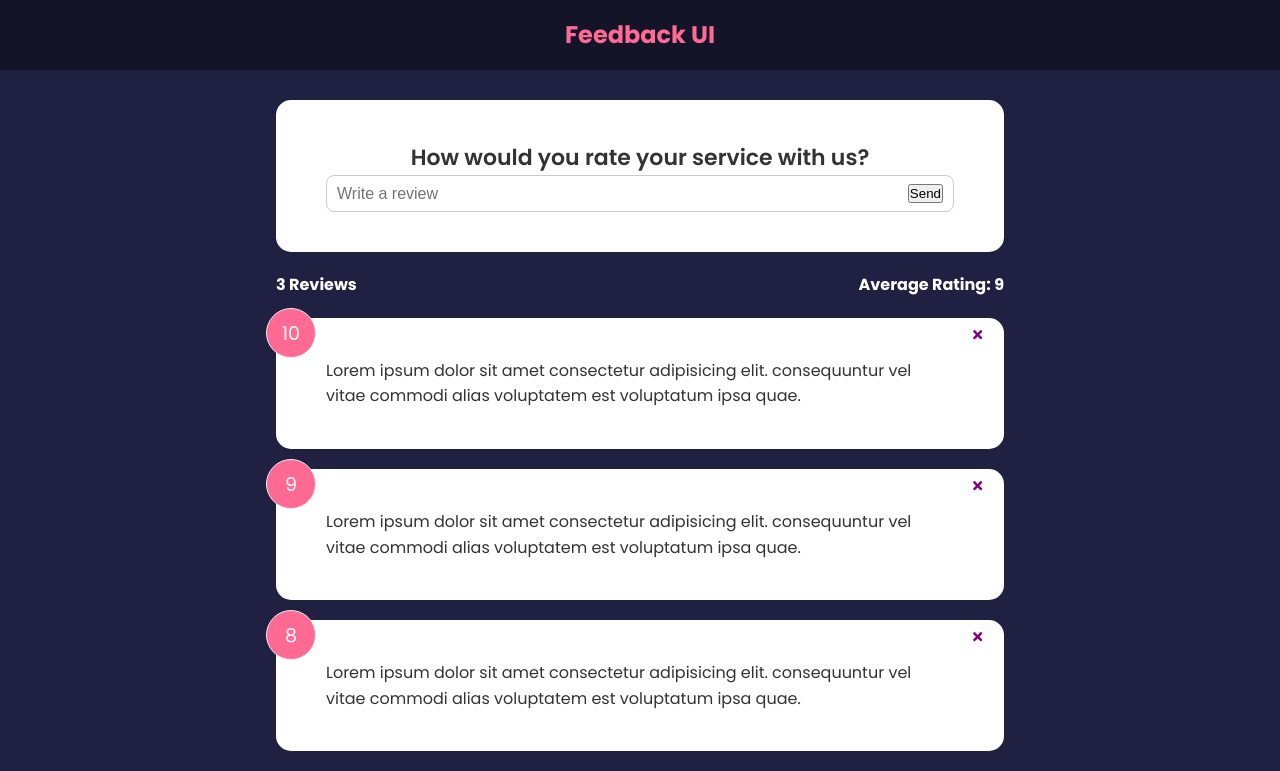
Repository: Lithium87/feedback-app
Page: / (app in client/)
These files come from the project's save history. The page is drawn as it stood at one moment and after the next save; the edit follows.
The browser window is 1280 px wide. The pictures show the whole page.
The project was rebuilt for these pictures with package versions that can differ from the ones it lists, and the page was loaded fresh each time.

Above is the page before, as saved 2022-05-29 21:33:00.

### client/src/index.css
@import url('https://fonts.googleapis.com/css2?family=Poppins:wght@400;600;700&display=swap');
* {
    box-sizing: border-box;
    margin: 0;
    padding: 0;
}

body {
    font-family: 'Poppins', sans-serif;
    background-color: #202142;
    color: #fff;
    line-height: 1.6;
}

ul {
    list-style: none;
}

.container {
    max-width: 768px;
    margin: auto;
    padding: 0 20px;
}

header {
    height: 70px;
    width: 100%;
    display: flex;
    justify-content: space-between;
    align-items: center;
    margin-bottom: 30px;
}

.card {
    background-color: #fff;
    color: #333;
    border-radius: 15px;
    padding: 40px 50px;
    margin: 20px 0;
    position: relative;
}

.card.reverse {
    background-color: rgba(0, 0, 0, 0.4);
    color: #fff;
}

.card h2 {
    font-size: 22px;
    font-weight: 600;
    text-align: center;
}

.rating {
    display: flex;
    align-items: center;
    justify-content: space-around;
    margin: 30px 0 40px;
}

.rating li,
.num-display {
    position: relative;
    background: #f4f4f4;
    width: 50px;
    height: 50px;
    padding: 10px;
    text-align: center;
    border-radius: 50%;
    font-size: 19px;
    border: 1px #eee solid;
    transition: 0.3s;
}

.rating li label {
    position: absolute;
    top: 50%;
    left: 50%;
    width: 50px;
    height: 50px;
    padding: 10px;
    border-radius: 50%;
    transform: translate(-50%, -50%);
    cursor: pointer;
}

.rating li:hover,
.num-display {
    background: #ff6a95;
    color: #fff;
}

[type='radio'] {
    opacity: 0;
}

[type='radio']:checked~label {
    background: #ff6a95;
    color: #fff;
}

.input-group {
    display: flex;
    flex-direction: row;
    border: 1px solid #ccc;
    padding: 8px 10px;
    border-radius: 8px;
}

input {
    flex-grow: 2;
    border: none;
    font-size: 16px;
}

input:focus {
    outline: none;
}

.feedback-stats {
    color: #fff;
    display: flex;
    justify-content: space-between;
    align-items: center;
}

.num-display {
    position: absolute;
    top: -10px;
    left: -10px;
}

.close,
.edit {
    position: absolute;
    top: 10px;
    right: 20px;
    cursor: pointer;
    background: none;
    border: none;
}

.edit {
    right: 40px;
}

.btn {
    color: #fff;
    border: 0;
    border-radius: 8px;
    color: #fff;
    width: 100px;
    height: 40px;
    cursor: pointer;
}

.btn-primary {
    background-color: #202142;
}

.btn-secondary {
    background: #ff6a95;
}

.btn:hover {
    transform: scale(0.98);
    opacity: 0.9;
}

.btn:disabled {
    background-color: #cccccc;
    color: #333;
    cursor: auto;
}

.btn:disabled:hover {
    transform: scale(1);
    opacity: 1;
}

.message {
    padding-top: 10px;
    text-align: center;
    color: rebeccapurple;
}


/* FIX: Remove position: absolute to keep about icon at the bottom of the
 * document */

.about-link {
    display: flex;
    justify-content: flex-end;
}


/* FIX: Remove position: absolute to keep about icon at the bottom of the
 * document */

.about-link a {
    color: #fff;
    cursor: pointer;
}

.about-link a:hover {
    color: #ff6a95;
}

.about h1 {
    margin-bottom: 20px;
}

.about p {
    margin: 10px 0;
}

@media (max-width: 600px) {
    .rating li {
        margin: 10px 3px;
    }
    .rating {
        display: flex;
        align-items: center;
        justify-content: center;
        flex-wrap: wrap;
        margin: 30px 0 40px;
    }
    .input-group input {
        width: 80%;
    }
}

### client/src/App.js
import React, {useState} from 'react';
import Header from './components/Header';
import FeedbackList from './components/FeedbackList';
import FeedbackData from './data/FeedbackData';
import FeedbackStats from './components/FeedbackStats';
import FeedbackForm from './components/FeedbackForm';

const App = () => {
  const [feedback, setFeedback] = useState (FeedbackData);

  const deleteFeedback = id => {
    if (window.confirm ('Are you sure you want to delete?')) {
      setFeedback (feedback.filter (item => item.id !== id));
    }
  };

  return (
    <React.Fragment>
      <Header />
      <div className="container">
        <FeedbackForm />
        <FeedbackStats feedback={feedback} />
        <FeedbackList feedback={feedback} handleDelete={deleteFeedback} />
      </div>
    </React.Fragment>
  );
};

export default App;

### client/src/components/Header.js
import React from 'react';
import PropTypes from 'prop-types';

const Header = ({text, bgColor, textColor}) => {
  const headerStyles = {
    backgroundColor: bgColor,
    color: textColor,
  };

  return (
    <header style={headerStyles}>
      <div className="container">
        <h2>{text}</h2>
      </div>
    </header>
  );
};

Header.defaultProps = {
  text: 'Feedback UI',
  bgColor: 'rgba(0, 0, 0, 0.4)',
  textColor: '#ff6a95',
};

Header.propTypes = {
  text: PropTypes.string,
  bgColor: PropTypes.string,
  textColor: PropTypes.string,
};

export default Header;

### client/src/components/FeedbackList.js
import React from 'react';
import PropTypes from 'prop-types';
import FeedbackItem from './FeedbackItem';

const FeedbackList = ({feedback, handleDelete}) => {
  if (!feedback || feedback.length === 0) {
    return <p>No feedback Yet</p>;
  }

  return (
    <div className="feedback-list">
      {feedback.map (item => (
        <FeedbackItem key={item.id} item={item} handleDelete={handleDelete} />
      ))}
    </div>
  );
};

FeedbackList.propTypes = {
  feedback: PropTypes.arrayOf (
    PropTypes.shape ({
      id: PropTypes.number.isRequired,
      text: PropTypes.string.isRequired,
      rating: PropTypes.number.isRequired,
    })
  ),
};

export default FeedbackList;

### client/src/components/FeedbackStats.js
import React from 'react';
import PropTypes from 'prop-types';

const FeedbackStats = ({feedback}) => {
  // Calculate ratings avg
  let average =
    feedback.reduce ((acc, cur) => {
      return acc + cur.rating;
    }, 0) / feedback.length;

  average = average.toFixed (1).replace (/[.,]0$/, '');

  return (
    <div className="feedback-stats">
      <h4>{feedback.length} Reviews</h4>
      <h4>Average Rating: {isNaN (average) ? 0 : average}</h4>
    </div>
  );
};

FeedbackStats.propTypes = {
  feedback: PropTypes.array.isRequired,
};

export default FeedbackStats;

### client/src/components/FeedbackForm.js
import React, {useState} from 'react';
import Card from './shared/Card';

const FeedbackForm = () => {
  const [text, setText] = useState ('');

  const handleTextChange = e => {
    setText (e.target.value);
  };

  return (
    <Card>
      <form>
        <h2>How would you rate your service with us?</h2>
        <div className="input-group">
          <input
            onChange={handleTextChange}
            type="text"
            placeholder="Write a review"
            value={text}
          />
          <button type="submit">Send</button>
        </div>
      </form>
    </Card>
  );
};

export default FeedbackForm;

### client/src/components/FeedbackItem.js
import React from 'react';
import {FaTimes} from 'react-icons/fa';
import PropTypes from 'prop-types';
import Card from './shared/Card';

const FeedbackItem = ({item, handleDelete}) => {
  return (
    <Card>
      <div className="num-display">{item.rating}</div>
      <button onClick={() => handleDelete (item.id)} className="close">
        <FaTimes color="purple" />
      </button>
      <div className="text-display">
        {item.text}
      </div>
    </Card>
  );
};

FeedbackItem.propTypes = {
  item: PropTypes.object.isRequired,
};

export default FeedbackItem;

### client/src/components/shared/Card.js
import React from 'react';
import PropTypes from 'prop-types';

const Card = ({children, reverse}) => {
  return (
    <div className={`card ${reverse && 'reverse'}`}>
      {children}
    </div>
  );
};

Card.defaultProps = {
  reverse: false,
};

Card.propTypes = {
  children: PropTypes.node.isRequired,
  reverse: PropTypes.bool,
};

export default Card;

### client/src/components/shared/Button.js
import React from 'react';
import PropTypes from 'prop-types';

const Button = ({children, version, type, isDisabled}) => {
  return (
    <button type={type} disabled={isDisabled} className={`btn btn-${version}`}>
      {children}
    </button>
  );
};

Button.defaultProps = {
  version: 'primary',
  type: 'button',
  isDisabled: false,
};

Button.propTypes = {
  children: PropTypes.node.isRequired,
  version: PropTypes.string,
  type: PropTypes.string,
  isDisabled: PropTypes.bool,
};

export default Button;

Loaded but not shown: client/public/index.html (common file); client/src/index.js (common file); client/src/reportWebVitals.js (common file); client/src/data/FeedbackData.js (common file)

After the next save:
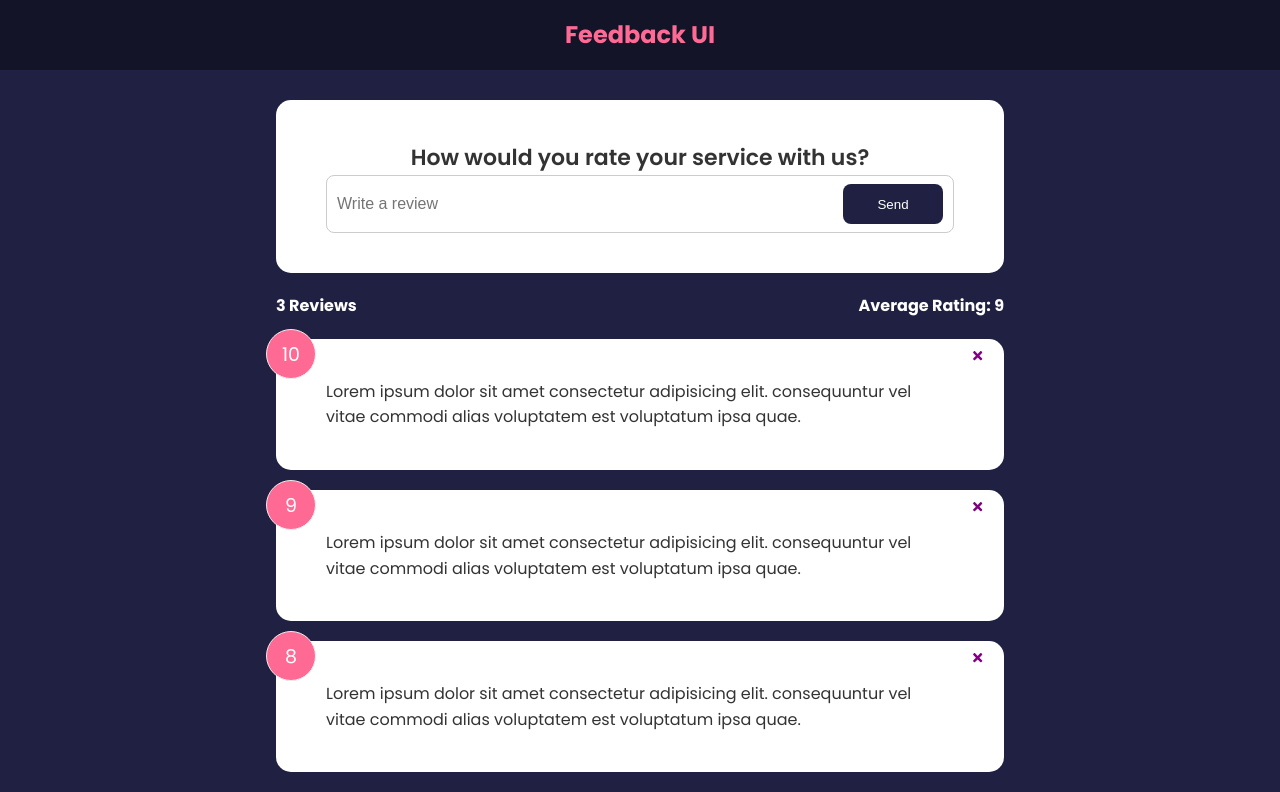
Saved 81 s later.
--- a/client/src/components/FeedbackForm.js
+++ b/client/src/components/FeedbackForm.js
@@ -1,5 +1,6 @@
 import React, {useState} from 'react';
 import Card from './shared/Card';
+import Button from './shared/Button';
 
 const FeedbackForm = () => {
   const [text, setText] = useState ('');
@@ -19,7 +20,7 @@ const FeedbackForm = () => {
             placeholder="Write a review"
             value={text}
           />
-          <button type="submit">Send</button>
+          <Button type="submit">Send</Button>
         </div>
       </form>
     </Card>
